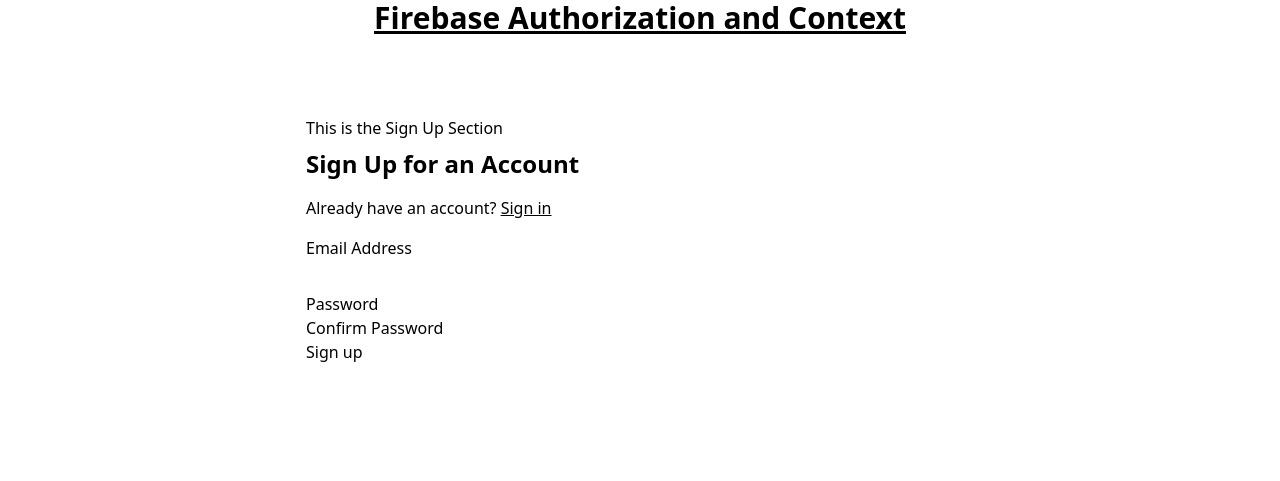
Repository: mottad14/practice_google_firebase
Page: /signup
The author's editor kept a copy of each file at every save. The page is drawn from the files as they stood at one save, then again after a run of saves.
The browser window is 1280 px wide. The pictures show the whole page.
The project was rebuilt for these pictures with package versions that can differ from the ones it lists, and the page was loaded fresh each time. Also part of the build but not shown: src/components/Signin.jsx, src/components/Account.jsx.

Above is the page before, as saved 2022-07-27 09:12:52.

After the next 2 saves:
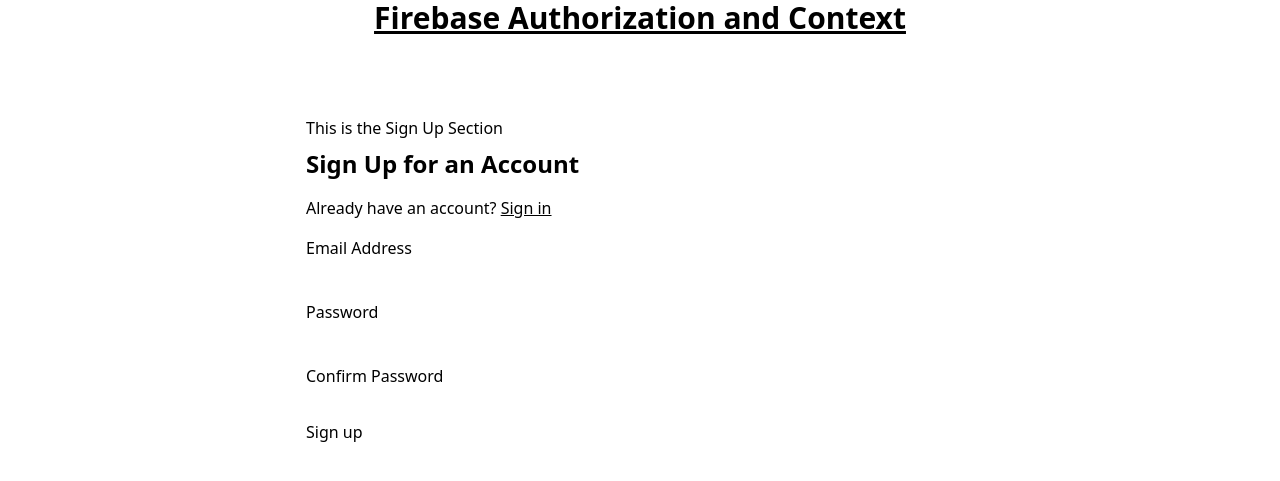
The 2 saves are shown as one change because they came seconds apart.
The last was saved 17 s later.
--- a/src/components/Signup.jsx
+++ b/src/components/Signup.jsx
@@ -18,11 +18,11 @@
             <label htmlFor=""> Email Address</label>
             <input type="email"/>
           </div>
-          <div>
+          <div className='flex flex-col py-2'>
             <label htmlFor=""> Password</label>
             <input type="password"/>
           </div>
-          <div>
+          <div className='flex flex-col py-2'>
             <label htmlFor=""> Confirm Password</label>
             <input type="password"/>
           </div>
